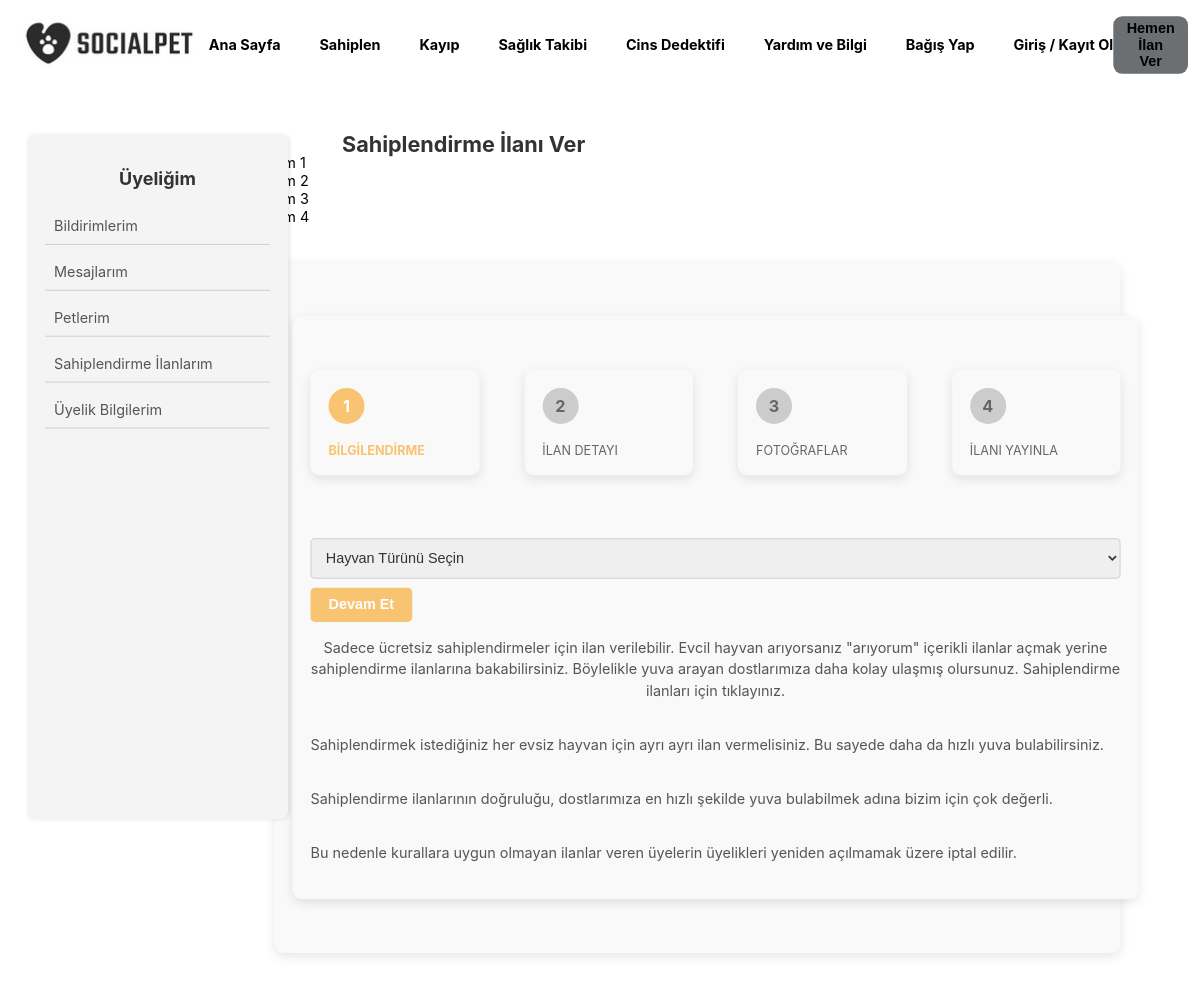
Repository: utkucaa/socialpet-frontend
Page: /create-ad (app in petweb/petweb/)
An editor plug-in stored every save of this project. The page is shown before and after the next save, followed by the edit.
The browser window is 1280 px wide. The page is 1320 px wide, so the pictures cover 1320 px, including what lies to the right of the window. The pictures show the whole page, at 90% of full size.
The project was rebuilt for these pictures with package versions that can differ from the ones it lists, and the page was loaded fresh each time. Also part of the build but not shown: petweb/petweb/src/Components/Login/Login.jsx, petweb/petweb/src/Components/Intro/Intro.css, petweb/petweb/src/Components/Intro/Intro.jsx, petweb/petweb/src/Components/Register/Register.jsx, petweb/petweb/src/Components/Profile/ProfilePage.css, petweb/petweb/src/Components/Profile/ProfilePage.jsx, petweb/petweb/src/Components/Adoption/Header.css, petweb/petweb/src/Components/Adoption/Header.jsx and 28 more. Imported but missing from the stored project, and not drawn on this page: petweb/petweb/src/Components/AdoptionSteps.

Above is the page before, as saved 2025-01-10 00:48:26.

After the next save:
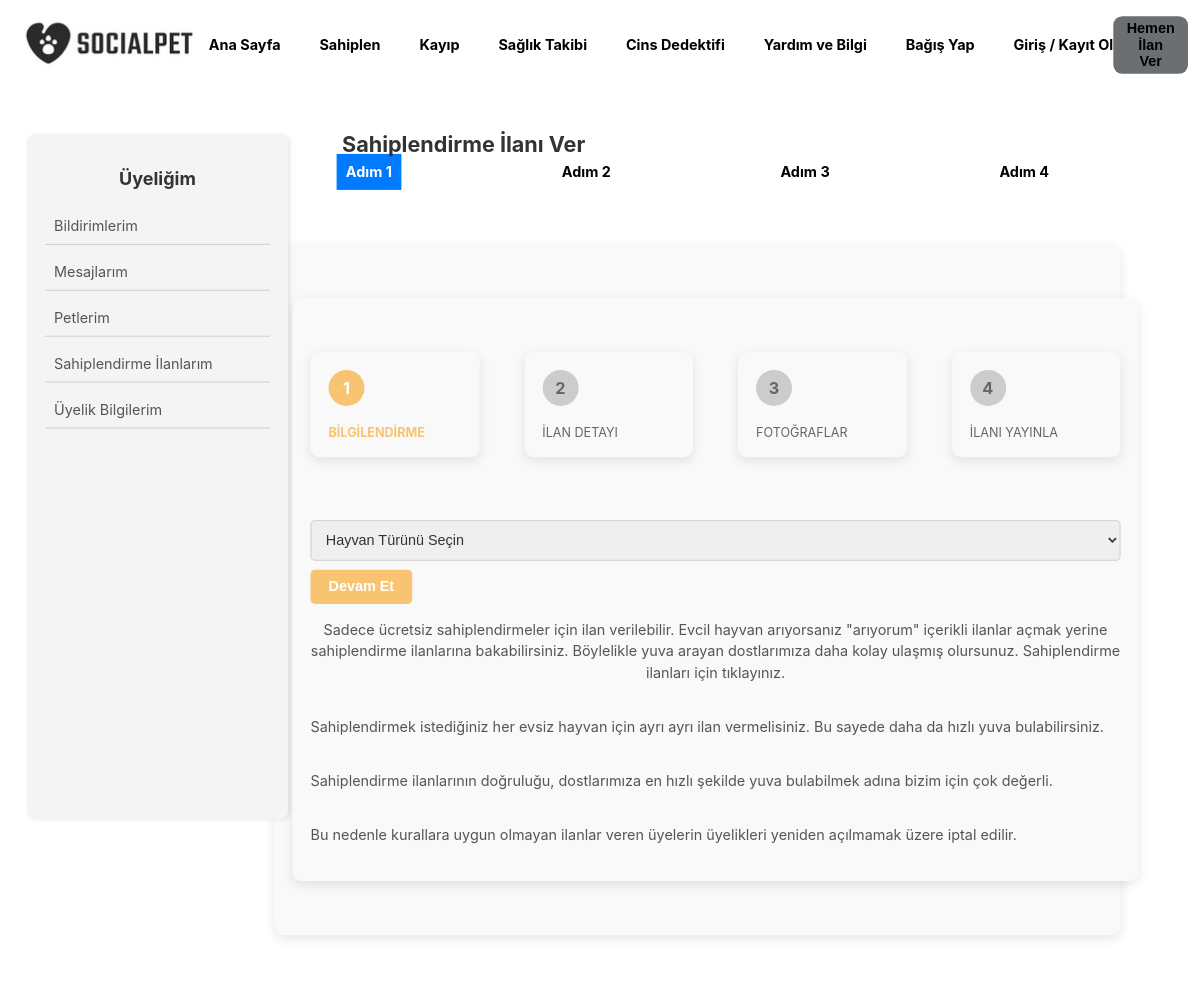
Saved 40 s later.
--- a/petweb/petweb/src/Components/Adoption/CreatedPage.css
+++ b/petweb/petweb/src/Components/Adoption/CreatedPage.css
@@ -119,3 +119,30 @@
   align-items: flex-start; /* Sola hizalar */
   width: 100%;
 }
+
+/* Adım başlıkları stili */
+.step-titles {
+  display: flex;
+  justify-content: space-around;
+  margin-bottom: 20px;
+}
+
+/* Adım başlıkları için stil */
+.step-title {
+  cursor: pointer;
+  padding: 10px;
+  font-size: 16px;
+  font-weight: bold;
+  transition: color 0.3s, background-color 0.3s;
+}
+
+/* Aktif adımı vurgulamak */
+.step-title.active {
+  color: white;
+  background-color: #007bff; /* Mavi renkte vurgulama */
+}
+
+/* Tıklanabilir adımların hover efekti */
+.step-title:hover {
+  background-color: #f1f1f1;
+}

After the save that followed:
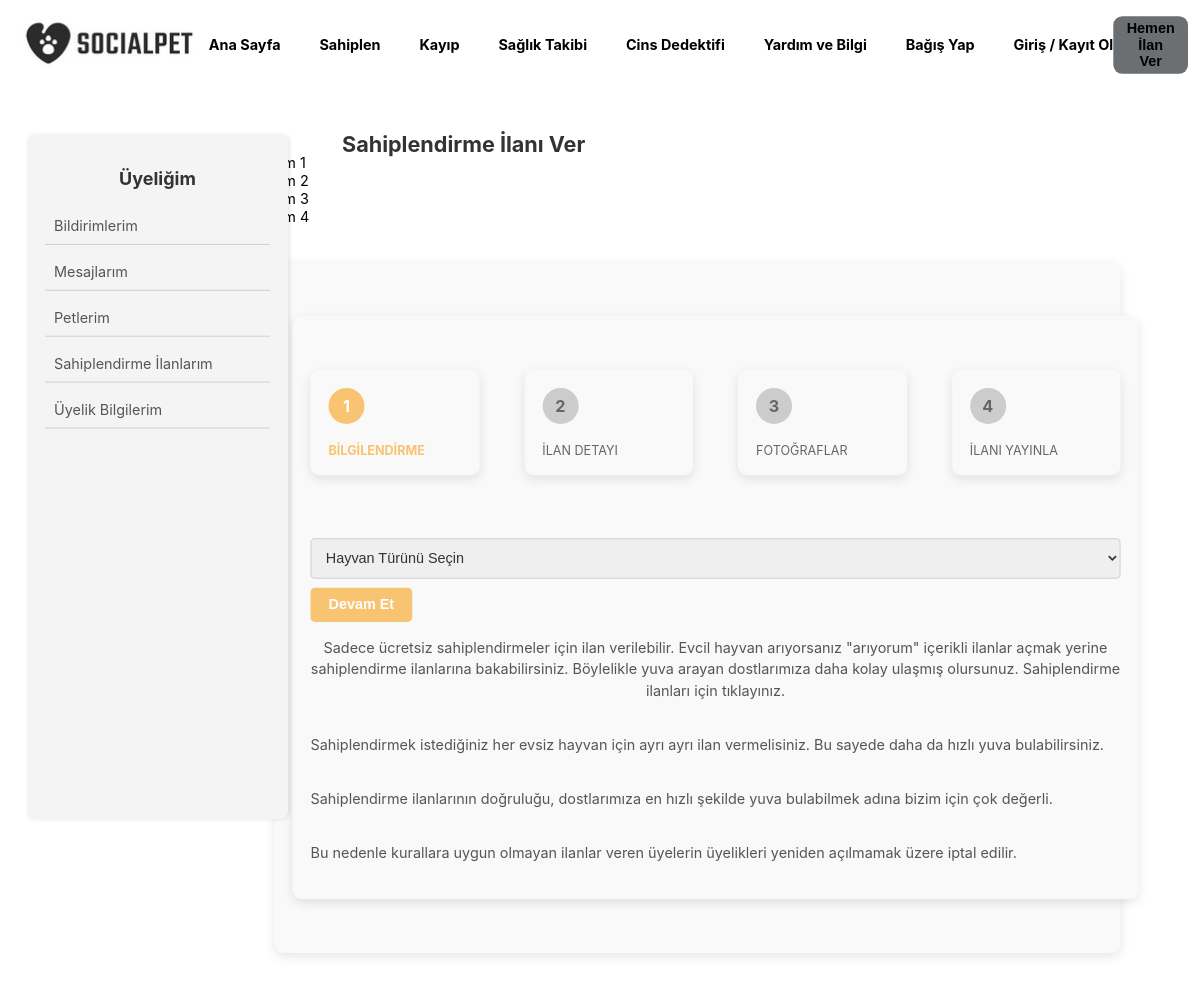
Saved 9 s later.
--- a/petweb/petweb/src/Components/Adoption/CreatedPage.css
+++ b/petweb/petweb/src/Components/Adoption/CreatedPage.css
@@ -119,30 +119,3 @@
   align-items: flex-start; /* Sola hizalar */
   width: 100%;
 }
-
-/* Adım başlıkları stili */
-.step-titles {
-  display: flex;
-  justify-content: space-around;
-  margin-bottom: 20px;
-}
-
-/* Adım başlıkları için stil */
-.step-title {
-  cursor: pointer;
-  padding: 10px;
-  font-size: 16px;
-  font-weight: bold;
-  transition: color 0.3s, background-color 0.3s;
-}
-
-/* Aktif adımı vurgulamak */
-.step-title.active {
-  color: white;
-  background-color: #007bff; /* Mavi renkte vurgulama */
-}
-
-/* Tıklanabilir adımların hover efekti */
-.step-title:hover {
-  background-color: #f1f1f1;
-}
